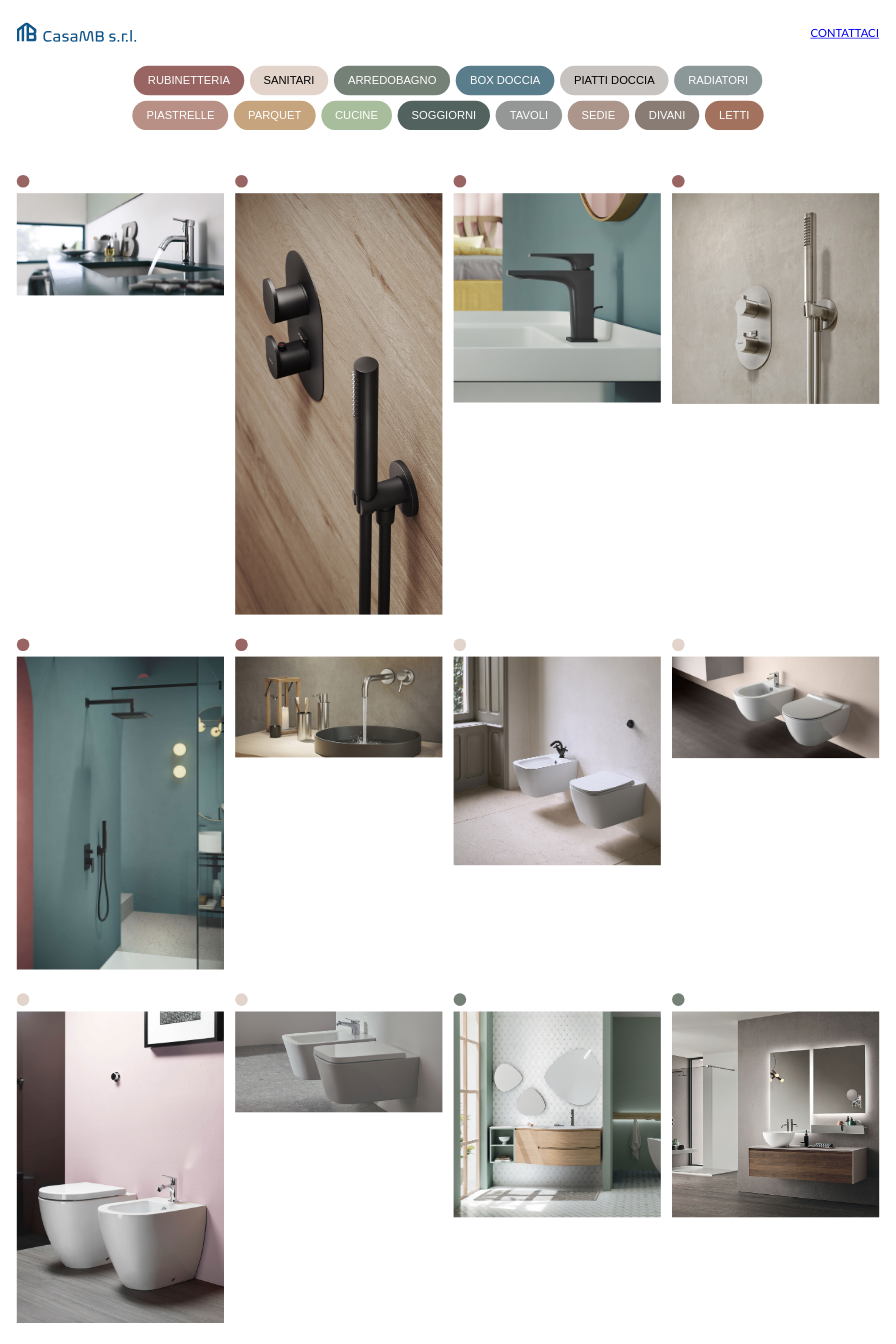
Repository: nicolorz/casamb
Page: /
The author's editor kept a copy of each file at every save. The page is drawn from the files as they stood at one save, then again after the next save.
The browser window is 1280 px wide. The pictures show the part of the page from y = 0 to 1920 px (the page is 6734 px tall before and 19630 px after), at 70% of full size.
The project was rebuilt for these pictures with package versions that can differ from the ones it lists, and the page was loaded fresh each time. Also part of the build but not shown: src/index.css, src/App.css.

Above is the page before, as saved 2023-07-19 17:09:21.

### src/index.js
import React from 'react';
import ReactDOM from 'react-dom/client';
import './index.css';
import './assets/css/reset.css'
import './assets/css/style.css'
import App from './App';
import reportWebVitals from './reportWebVitals';

const root = ReactDOM.createRoot(document.getElementById('root'));
root.render(
  <React.StrictMode>
    <App />
  </React.StrictMode>
);

// If you want to start measuring performance in your app, pass a function
// to log results (for example: reportWebVitals(console.log))
// or send to an analytics endpoint. Learn more: https://bit.ly/CRA-vitals
reportWebVitals();

### src/assets/css/style.css
@import url('https://fonts.googleapis.com/css2?family=Lato:ital,wght@0,300;0,400;0,700;1,300;1,400;1,700&display=swap');

html, body {
  margin: 0;
  padding: 0;
  font-size: 16px;
  font-family: 'Lato', sans-serif;
}

.main-wrapper {
  width: 100vw;
  height: 100vh;
  background-color: #fff;
  padding: 0 24px;
  box-sizing: border-box;
}

### src/App.js
import logo from './logo.svg';
import './App.css';
import  {Header} from './components/HeaderWrapper/HeaderWrapper';
import { CardWrapper } from './components/CardWrapper/CardWrapper';

function App() {

  return (
    <div className="main-wrapper">
      <Header />
      <CardWrapper />
    </div>
  );
}

export default App;

### src/components/HeaderWrapper/HeaderWrapper.js
import './Header.css'
import { HeaderBottom } from './HeaderBottom'
import { HeaderTop } from './HeaderTop'

export const Header = () => {
    return <div id="header" className="header">
        <HeaderTop />
        <HeaderBottom />
    </div>
}

### src/components/CardWrapper/CardWrapper.js
import './CardWrapper.css'
import { CardItem } from './CardItem';
import { useState } from 'react';

const images = [
    {
        source: '/img/001-rubinetteria/rubinetteria-1.jpg',
        tag: 'rubinetteria',
        info: 'interior design'
    },
    {
        source: '/img/001-rubinetteria/rubinetteria-2.jpg',
        tag: 'rubinetteria',
        info: 'interior design'
    },
    {
        source: '/img/001-rubinetteria/rubinetteria-3.jpg',
        tag: 'rubinetteria',
        info: 'interior design'
    },
    {
        source: '/img/001-rubinetteria/rubinetteria-4.jpg',
        tag: 'rubinetteria',
        info: 'interior design'
    },
    {
        source: '/img/001-rubinetteria/rubinetteria-5.jpg',
        tag: 'rubinetteria',
        info: 'interior design'
    },
    {
        source: '/img/001-rubinetteria/rubinetteria-6.jpg',
        tag: 'rubinetteria',
        info: 'interior design'
    },
    {
        source: '/img/002-sanitari/sanitari-1.jpg',
        tag: 'sanitari',
        info: 'interior design'
    },
    {
        source: '/img/002-sanitari/sanitari-2.jpg',
        tag: 'sanitari',
        info: 'interior design'
    },
    {
        source: '/img/002-sanitari/sanitari-3.jpg',
        tag: 'sanitari',
        info: 'interior design'
    },
    {
        source: '/img/002-sanitari/sanitari-4.jpg',
        tag: 'sanitari',
        info: 'interior design'
    },
    {
        source: '/img/003-arredobagno/arredobagno-1.jpg',
        tag: 'arredobagno',
        info: 'interior design'
    },
    {
        source: '/img/003-arredobagno/arredobagno-2.jpg',
        tag: 'arredobagno',
        info: 'interior design'
    },
    {
        source: '/img/003-arredobagno/arredobagno-3.jpg',
        tag: 'arredobagno',
        info: 'interior design'
    },
    {
        source: '/img/003-arredobagno/arredobagno-4.jpg',
        tag: 'arredobagno',
        info: 'interior design'
    },
    {
        source: '/img/003-arredobagno/arredobagno-5.jpg',
        tag: 'arredobagno',
        info: 'interior design'
    },
    {
        source: '/img/004-box-doccia/box-doccia-1.jpg',
        tag: 'boxdoccia',
        info: 'interior design'
    },
    {
        source: '/img/004-box-doccia/box-doccia-2.jpg',
        tag: 'boxdoccia',
        info: 'interior design'
    },
    {
        source: '/img/004-box-doccia/box-doccia-3.jpg',
        tag: 'boxdoccia',
        info: 'interior design'
    },
    {
        source: '/img/005-piatti-doccia/piatti-doccia-1.jpg',
        tag: 'piattidoccia',
        info: 'interior design'
    },
    {
        source: '/img/005-piatti-doccia/piatti-doccia-2.jpg',
        tag: 'piattidoccia',
        info: 'interior design'
    },
    {
        source: '/img/005-piatti-doccia/piatti-doccia-3.jpg',
        tag: 'piattidoccia',
        info: 'interior design'
    },
    {
        source: '/img/006-radiatori/radiatori-1.jpg',
        tag: 'radiatori',
        info: 'interior design'
    },
    {
        source: '/img/006-radiatori/radiatori-2.jpg',
        tag: 'radiatori',
        info: 'interior design'
    },
    {
        source: '/img/006-radiatori/radiatori-3.jpg',
        tag: 'radiatori',
        info: 'interior design'
    },
    {
        source: '/img/007-piastrelle/piastrelle-1.jpg',
        tag: 'piastrelle',
        info: 'interior design'
    },
    {
        source: '/img/007-piastrelle/piastrelle-2.jpg',
        tag: 'piastrelle',
        info: 'interior design'
    },
    {
        source: '/img/007-piastrelle/piastrelle-3.jpg',
        tag: 'piastrelle',
        info: 'interior design'
    },
    {
        source: '/img/007-piastrelle/piastrelle-4.jpg',
        tag: 'piastrelle',
        info: 'interior design'
    },
    {
        source: '/img/008-parquet/parquet-1.jpg',
        tag: 'parquet',
        info: 'interior design'
    },
    {
        source: '/img/008-parquet/parquet-2.jpg',
        tag: 'parquet',
        info: 'interior design'
    },
    {
        source: '/img/008-parquet/parquet-3.jpg',
        tag: 'parquet',
        info: 'interior design'
    },
    {
        source: '/img/008-parquet/parquet-4.jpg',
        tag: 'parquet',
        info: 'interior design'
    },
    {
        source: '/img/008-parquet/parquet-5.jpg',
        tag: 'parquet',
        info: 'interior design'
    },
    {
        source: '/img/008-parquet/parquet-6.jpg',
        tag: 'parquet',
        info: 'interior design'
    },
    {
        source: '/img/009-cucine/cucine-1.jpg',
        tag: 'cucine',
        info: 'interior design'
    },
    {
        source: '/img/009-cucine/cucine-2.jpg',
        tag: 'cucine',
        info: 'interior design'
    },
    {
        source: '/img/009-cucine/cucine-3.jpg',
        tag: 'cucine',
        info: 'interior design'
    },
    {
        source: '/img/010-soggiorni/soggiorni-1.jpg',
        tag: 'soggiorni',
        info: 'interior design'
    },
    {
        source: '/img/010-soggiorni/soggiorni-2.jpg',
        tag: 'soggiorni',
        info: 'interior design'
    },
    {
        source: '/img/010-soggiorni/soggiorni-3.jpg',
        tag: 'soggiorni',
        info: 'interior design'
    },
    {
        source: '/img/011-tavoli/tavoli-1.jpg',
        tag: 'tavoli',
        info: 'interior design'
    },
    {
        source: '/img/011-tavoli/tavoli-2.jpg',
        tag: 'tavoli',
        info: 'interior design'
    },
    {
        source: '/img/011-tavoli/tavoli-3.jpg',
        tag: 'tavoli',
        info: 'interior design'
    },
    {
        source: '/img/012-sedie/sedie-1.jpg',
        tag: 'sedie',
        info: 'interior design'
    },
    {
        source: '/img/012-sedie/sedie-2.jpg',
        tag: 'sedie',
        info: 'interior design'
    },
    {
        source: '/img/012-sedie/sedie-3.jpg',
        tag: 'sedie',
        info: 'interior design'
    },
    {
        source: '/img/013-divani/divani-1.jpg',
        tag: 'divani',
        info: 'interior design'
    },
    {
        source: '/img/013-divani/divani-2.jpg',
        tag: 'divani',
        info: 'interior design'
    },
    {
        source: '/img/014-letti/letti-1.jpg',
        tag: 'letti',
        info: 'interior design'
    },
    {
        source: '/img/014-letti/letti-2.jpg',
        tag: 'letti',
        info: 'interior design'
    },
]

export const CardWrapper = () => {
    const [headerHeight, setHeaderHeight] = useState(1000)
    /* const pippo = document.getElementById("header").offsetHeight(); */
    return (
        <div className="card-wrapper">
            {images.map((img) => {
                return (
                    <CardItem
                    key={img.source}
                    card={img}
                    style={{marginTop: headerHeight}} />
                )
            })}
        </div>
    )
};

### src/components/HeaderWrapper/Header.css
.header {
    width: 100vw;
    padding: 0 24px;
    box-sizing: border-box;
    position: fixed;
    top: 0;
    left: 0;
}

.header-top {
    width: 100%;
    display: flex;
    flex-flow: row nowrap;
    justify-content: space-between;
    align-items: center;
}

.header-top_logo {
    padding: 2rem 0;
}

.header-bottom {
    width: 100%;
    display: flex;
    flex-flow: column nowrap;
    align-items: center;
}

.sorting-area {
    max-width: 996px;
    display: flex;
    flex-flow: row wrap;
    justify-content: center;
    gap: 0.5rem;
}

### src/components/HeaderWrapper/HeaderBottom.js
import { SortingBtn } from "../SortingBtn/Sortingbtn"

export const sortingButtons = [
    {
        tag: 'rubinetteria',
        label: 'rubinetteria',
        backgroundColor: '#986562',
    },
    {
        tag: 'sanitari',
        label: 'sanitari',
        backgroundColor: '#E2D4CB',
        textColor: '#000'
    },
    {
        tag: 'arredobagno',
        label: 'arredobagno',
        backgroundColor: '#758177',
    },
    {
        tag: 'boxdoccia',
        label: 'box doccia',
        backgroundColor: '#5A7D8B',
    },
    {
        tag: 'piattidoccia',
        label: 'piatti doccia',
        backgroundColor: '#C7C3C0',
        textColor: '#000'
    },
    {
        tag: 'radiatori',
        label: 'radiatori',
        backgroundColor: '#8C9898',
    },
    {
        tag: 'piastrelle',
        label: 'piastrelle',
        backgroundColor: '#B89086',
    },
    {
        tag: 'parquet',
        label: 'parquet',
        backgroundColor: '#C6A47E',
    },
    {
        tag: 'cucine',
        label: 'cucine',
        backgroundColor: '#A8BD9B',
    },
    {
        tag: 'soggiorni',
        label: 'soggiorni',
        backgroundColor: '#52625F',
    },
    {
        tag: 'tavoli',
        label: 'tavoli',
        backgroundColor: '#959796',
    },
    {
        tag: 'sedie',
        label: 'sedie',
        backgroundColor: '#AC968B',
    },
    {
        tag: 'divani',
        label: 'divani',
        backgroundColor: '#897C74',
    },
    {
        tag: 'letti',
        label: 'letti',
        backgroundColor: '#A2725E',
    },
];

export const HeaderBottom = () => {
    return (
        <div className="header-bottom">
            <div className="sorting-area">
                {sortingButtons.map((el) => {
                    return (
                        <SortingBtn key={el.tag} button={el} />
                    )
                })}
            </div>
        </div>
    )
}

### src/components/HeaderWrapper/HeaderTop.js
import logo from './logo-casaMB.svg';

export const HeaderTop = () => {
    return <div className="header-top">
        <div className="header-top_logo">
            <img src={logo} alt="logo" />
        </div>
        <a href="*" target="_self">CONTATTACI</a>
    </div>
}

### src/components/CardWrapper/CardWrapper.css
.card-wrapper {
    width: 100%;
    margin-top: 250px;
    display: grid;
    grid-template-columns: repeat(4, 1fr);
    row-gap: 2rem;
    column-gap: 1rem;
}

### src/components/CardWrapper/CardItem.js
import './CardItem.css'

export const colorCodes = {
    rubinetteria: '#986562',
    sanitari: '#E2D4CB',
    arredobagno: '#758177',
    boxdoccia: '#5A7D8B',
    piattidoccia: '#C7C3C0',
    radiatori: '#8C9898',
    piastrelle: '#B89086',
    parquet: '#C6A47E',
    cucine: '#A8BD9B',
    soggiorni: '#52625F',
    tavoli: '#959796',
    sedie: '#AC968B',
    divani: '#897C74',
    letti: '#A2725E'
}

export const CardItem = ({card, style}) => {
    return (
        <div className="card-item">
            <div
                className="cat"
                style={{backgroundColor: colorCodes[card.tag]}}
            />
            <img src={card.source} alt={card.info}></img>
        </div>
    )
}

### src/components/SortingBtn/Sortingbtn.js
import './Sortingbtn.css'
import { colorCodes } from "../CardWrapper/CardItem";

export const SortingBtn = ({button}) => {
    return <button
        className="sorting-btn"
        style={{
            backgroundColor: colorCodes[button.tag],
            // color: button.color ? '#fff' : button.textColor
            color: button.textColor ?? 'fff'
        }}
        >
            {button.label.toUpperCase()}
        </button>
};

### src/components/CardWrapper/CardItem.css
.card-item {
    width: 100%;
}

.card-item > .cat {
    width: 18px;
    height: 18px;
    background-color: #986562;
    border-radius: 50%;
    -webkit-border-radius: 50%;
    -moz-border-radius: 50%;
    -ms-border-radius: 50%;
    -o-border-radius: 50%;
}

.card-item > img {
    width: 100%;
    margin-top: 0.5rem;
}

### src/components/SortingBtn/Sortingbtn.css
.sorting-btn {
    background-color: #62A1FF;
    color: #fff;
    padding: 12px 20px;
    border: none;
    border-radius: 50px;
    -webkit-border-radius: 50px;
    -moz-border-radius: 50px;
    -ms-border-radius: 50px;
    -o-border-radius: 50px;
    font-size: 16px;
    cursor: pointer;
    transition: all 0.3s;
    -webkit-transition: all 0.3s;
    -moz-transition: all 0.3s;
    -ms-transition: all 0.3s;
    -o-transition: all 0.3s;
}

.sorting-btn:hover {
    background-color: #4B84DA;
}

Loaded but not shown: public/index.html (common file); src/assets/css/reset.css (common file); src/reportWebVitals.js (common file)

After the next save:
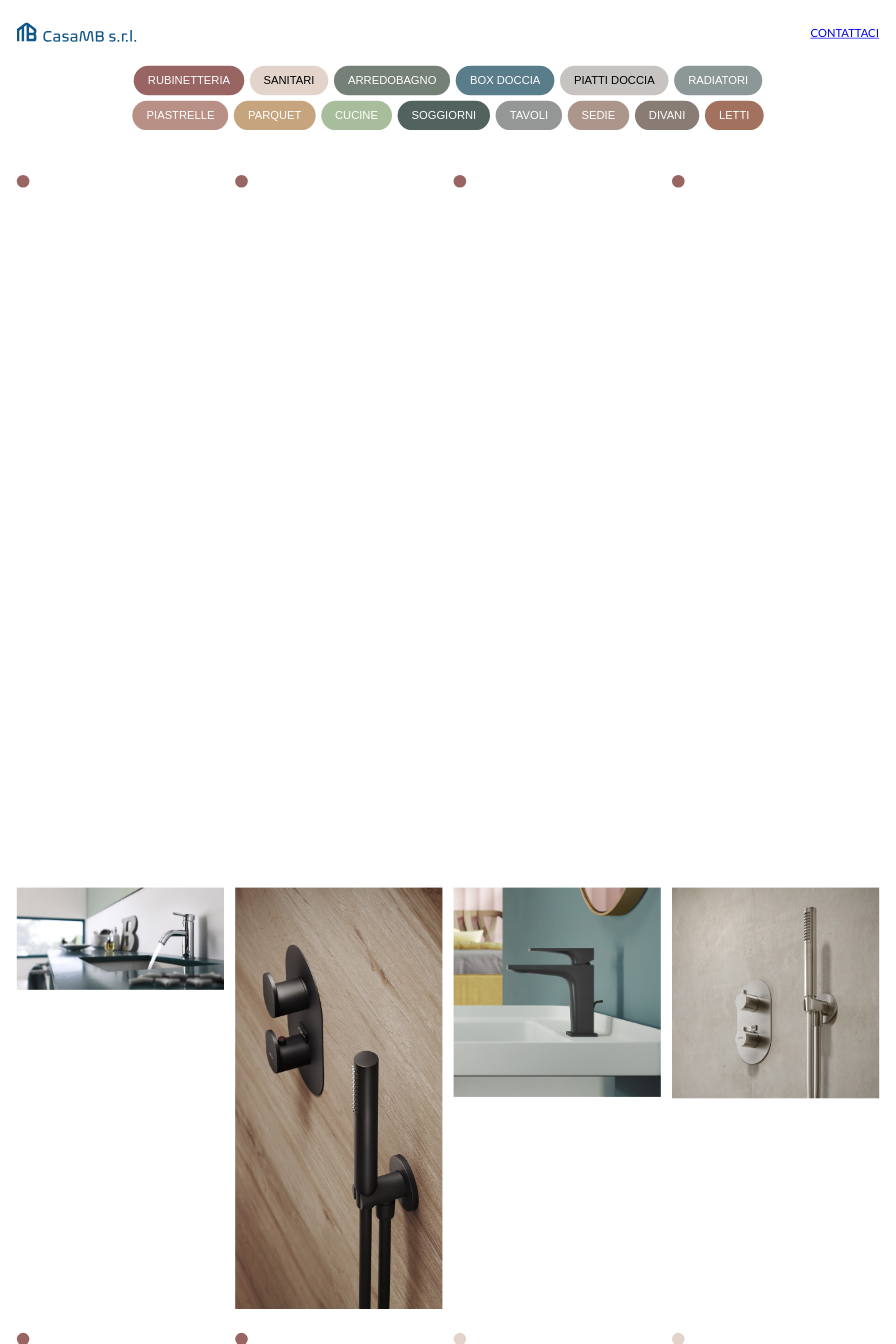
Saved 4 min 58 s later.
--- a/src/components/CardWrapper/CardItem.js
+++ b/src/components/CardWrapper/CardItem.js
@@ -24,7 +24,7 @@
                 className="cat"
                 style={{backgroundColor: colorCodes[card.tag]}}
             />
-            <img src={card.source} alt={card.info}></img>
+            <img src={card.source} alt={card.info} style={style}></img>
         </div>
     )
 }

After the 2 saves that followed:
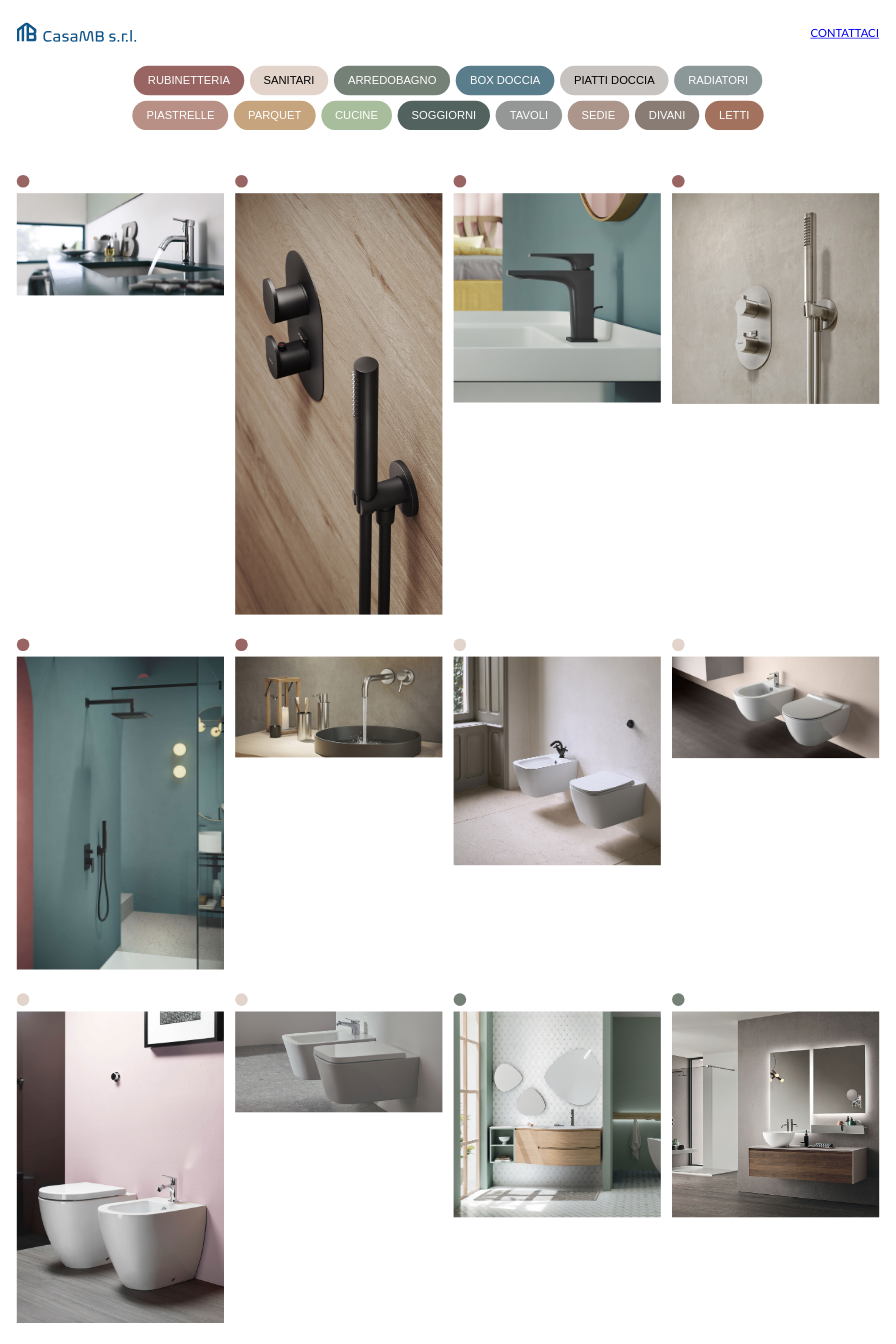
The 2 saves are shown as one change because 1 left the picture as it was.
The last was saved 23 s later.
--- a/src/components/CardWrapper/CardItem.js
+++ b/src/components/CardWrapper/CardItem.js
@@ -24,7 +24,7 @@
                 className="cat"
                 style={{backgroundColor: colorCodes[card.tag]}}
             />
-            <img src={card.source} alt={card.info} style={style}></img>
+            <img src={card.source} alt={card.info} />
         </div>
     )
 }
